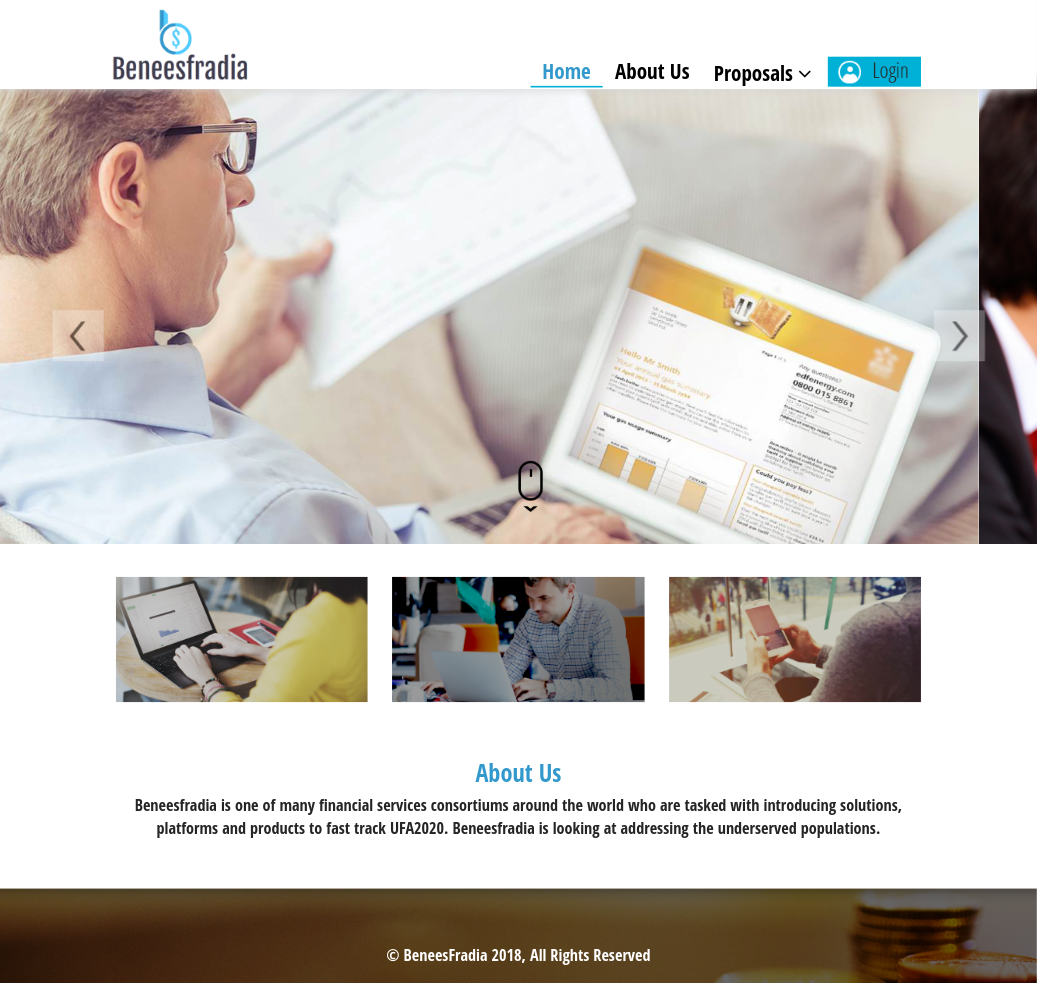
Repository: intkhabahmed/AcceleratedBootcampWebsites
Page: http://localhost/BeneesFradia/UI/index.jsp
The author's editor kept a copy of each file at every save. The page is drawn from the files as they stood at one save, then again after the next save.
The browser window is 1280 px wide. The pictures show the whole page, at 81% of full size.
Some web fonts or font styles are not loaded; a fallback is used. The page is served by Tomcat 9. Nobody is signed in. The application's start-up code is not run.

Above is the page before, as saved 2018-02-07 06:50:38.

After the next save:
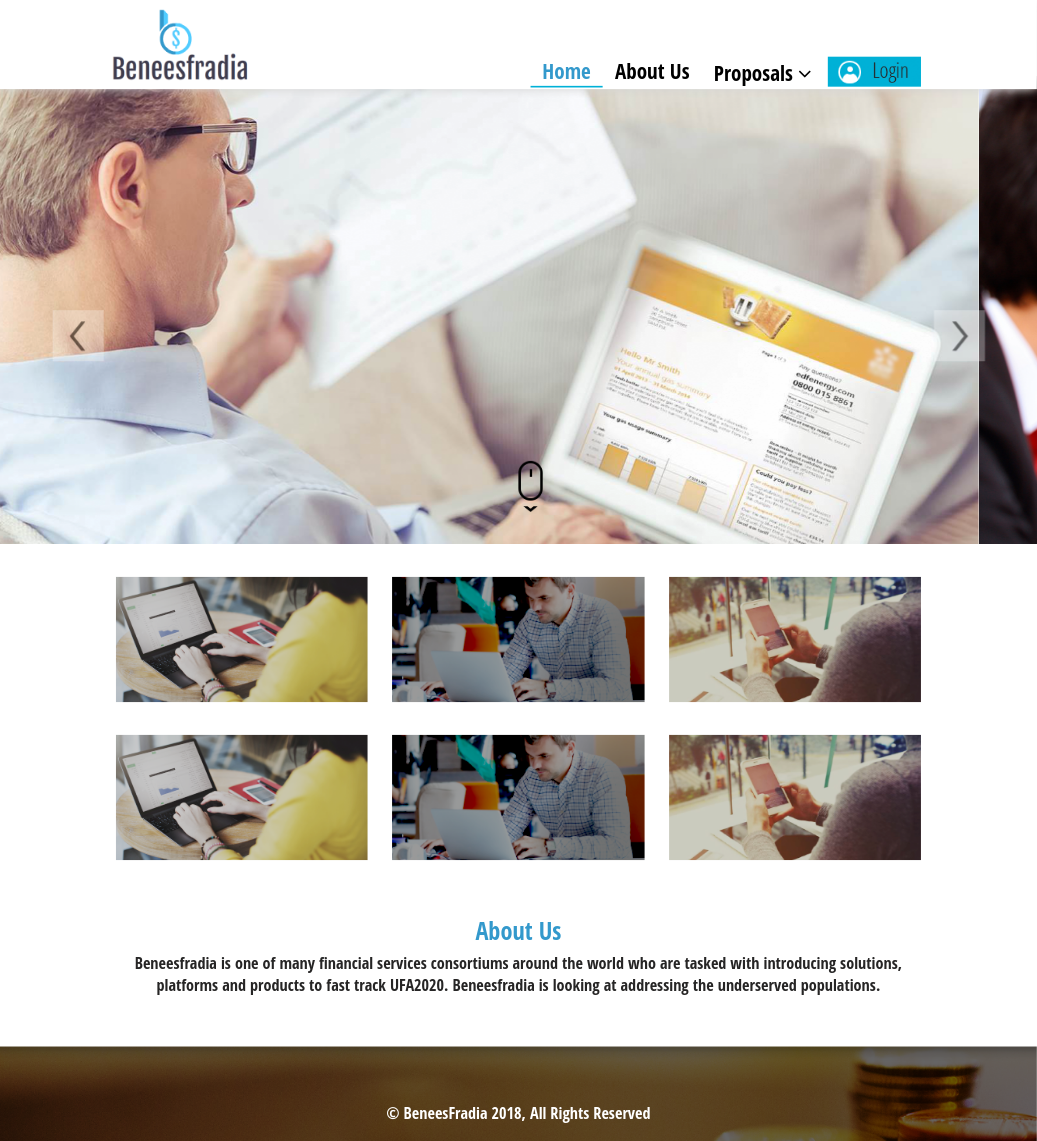
Saved 16 min 20 s later.
--- a/BeneesFradia/WebContent/UI/index.jsp
+++ b/BeneesFradia/WebContent/UI/index.jsp
@@ -51,6 +51,28 @@
 
 	<!-- </div> -->
 	<div class="container">
+		<hr>
+		<div class="row" id="shortcut_links">
+			<div class="col-sm-4 ">
+				<div class="img-container">
+					<a href="data/sampleProposal.pdf" target="_blank"><img
+						src="images/download.png" alt="Download Problem"
+						class="img img-responsive"></a>
+				</div>
+			</div>
+			<div class="col-sm-4">
+				<div class="img-container">
+					<a href="#"><img src="images/upload.png" alt="Upload proposal"
+						class="img img-responsive" id="uploadForm_shortcut"></a>
+				</div>
+			</div>
+			<div class="col-sm-4">
+				<div class="img-container">
+					<a href="#contactus"><img src="images/contact.png"
+						alt="ContactUs" class="img img-responsive"></a>
+				</div>
+			</div>
+		</div>
 		<hr>
 		<div class="row" id="shortcut_links">
 			<div class="col-sm-4 ">
